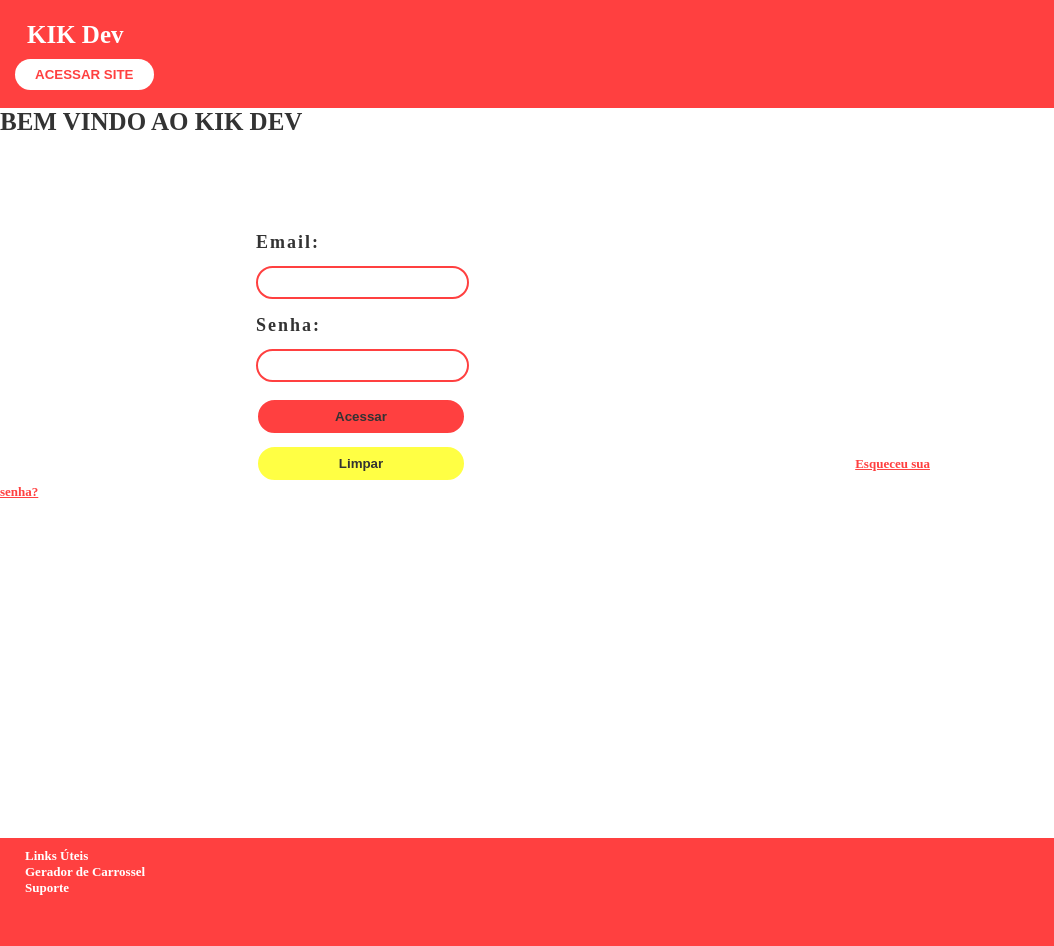
Repository: devgabrielvieira/kikdev
Page: index.html
The author's editor kept a copy of each file at every save. The page is drawn from the files as they stood at one save, then again after the next save.
The browser window is 1024 px wide. The page is 1054 px wide, so the pictures cover 1054 px, including what lies to the right of the window. The pictures show the whole page.

Above is the page before, as saved 2022-10-30 20:16:48.

After the next save:
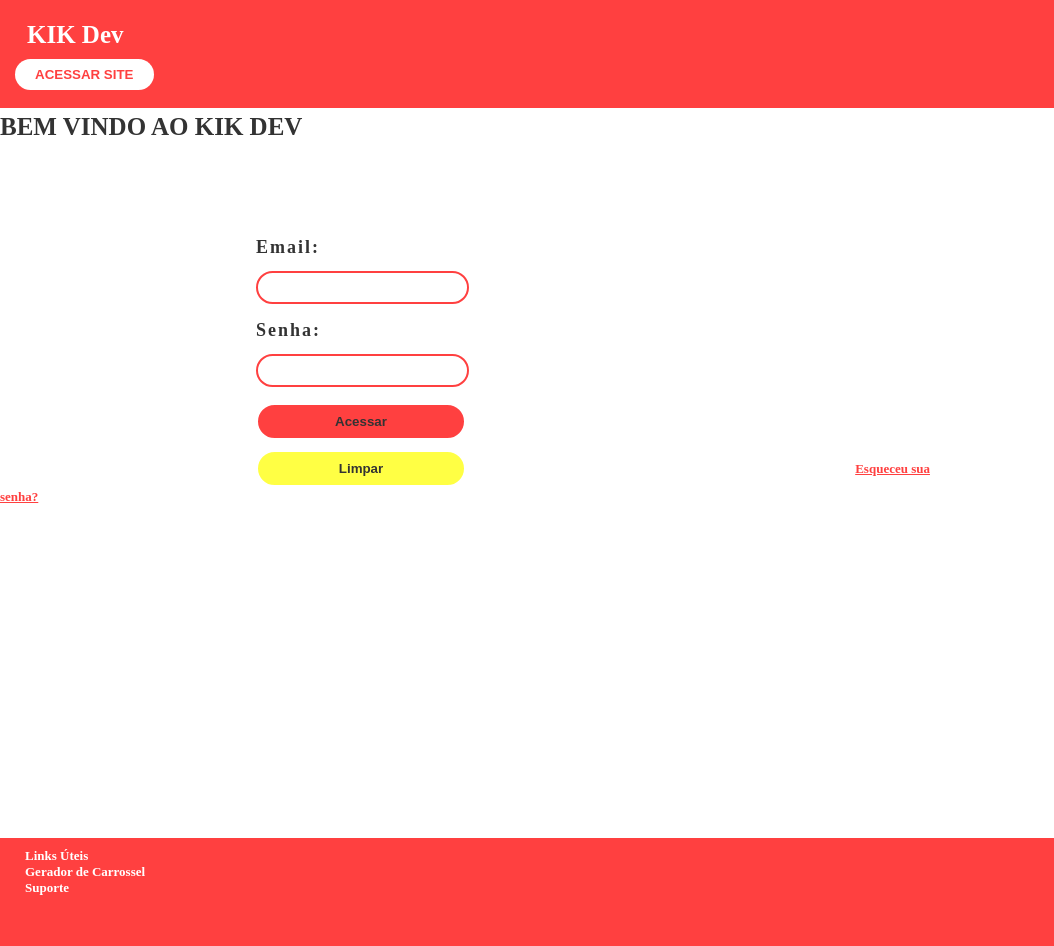
Saved 9 s later.
--- a/style-mobile.css
+++ b/style-mobile.css
@@ -137,7 +137,7 @@
     font-size: 25px;
     width: 100%;
     display: inline-block;
-    margin: 0 0 0 0;
+    margin: 5px 0 0 0;
     color: #333333;
   }
 }
